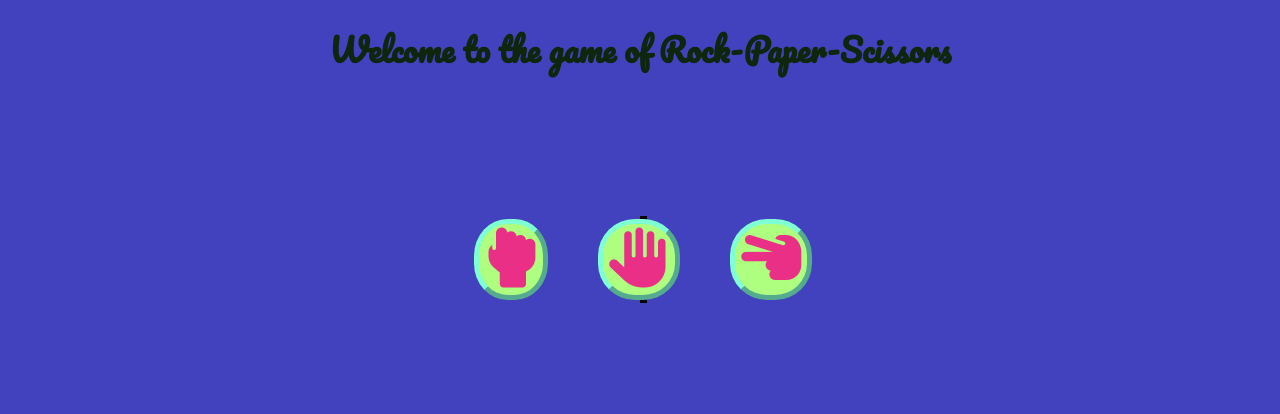
Repository: 0101chaitanya/Rock-Paper-Scissors
Page: index.html
The author's editor kept a copy of each file at every save. The page is drawn from the files as they stood at one save, then again after the next save.
The browser window is 1280 px wide. The pictures show the whole page.
Some web libraries are served in a nearby version.

Above is the page before, as saved 2021-05-14 21:00:43.
Not found: linkk.js

### index.html
<!DOCTYPE html>
<html>

<head>
    <meta charset="utf-8">
    <title>Rock-Paper-Scissors</title>
    <link rel="stylesheet" href="style.css">
    <script src="https://kit.fontawesome.com/3dcaf9f6de.js" crossorigin="anonymous"></script>
    <link rel="preconnect" href="https://fonts.gstatic.com">
    <link href="https://fonts.googleapis.com/css2?family=Pacifico&display=swap" rel="stylesheet">
</head>

<body>
    <h1 id="welcome">Welcome to the game of Rock-Paper-Scissors</h1>
    <div id="hold">
        <button class="square" id="holder1" href="#"><i class="fas fa-hand-rock"></i></button>

        <button class="square" id="holder2" href="#"><i class="fas fa-hand-paper"></i></button>

        <button class="square" id="holder3" href="#"><i class="fas fa-hand-scissors"></i></button>
    </div>
    <script type="text/javascript" src="linkk.js"></script>
</body>

</html>

### style.css
html{
    margin: 0;
    font-family: 'Pacifico', cursive;
    background-color:rgb(66, 66, 190);
display: block;
}
h1  {
       text-align: center;
     color:rgb(15, 37, 12) ;
    }
 #hold {
border-style:dotted;
display: flex;
flex-direction: row;
justify-content:center;
position: fixed;
top: 30%;
align-content: center;
left: 50%;
right: 50%;



    }
.square{
    background-color: rgb(174, 255, 127);
    font-size: 60px;
    display: inline-block;
color: rgb(233, 47, 134);
border-radius: 45%;
border-width: 5px;
border-color:aquamarine;
margin:auto 25px;
}
#holder1 {
}
#holder2 {
}
#holder3 {
}

After the next save:
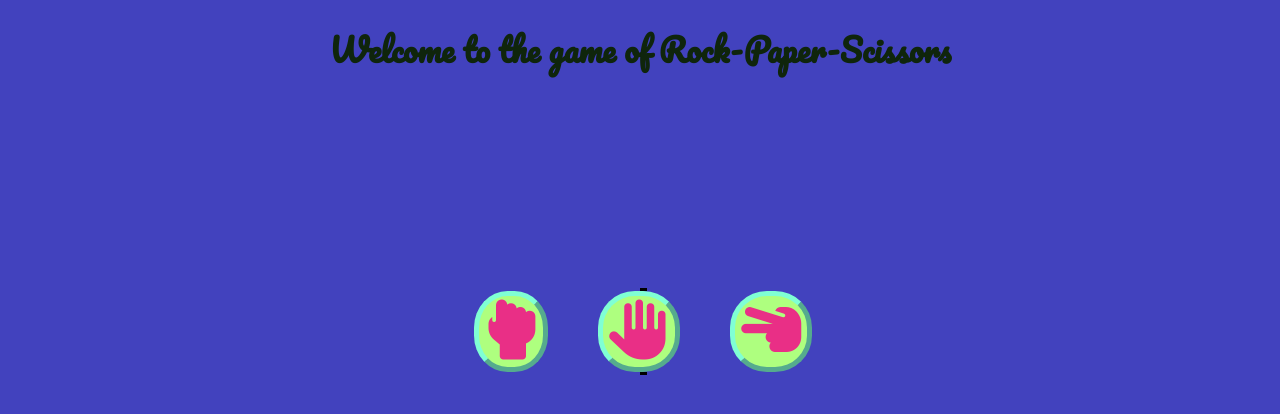
Saved 6 s later.
--- a/style.css
+++ b/style.css
@@ -14,7 +14,7 @@ display: flex;
 flex-direction: row;
 justify-content:center;
 position: fixed;
-top: 30%;
+top: 40%;
 align-content: center;
 left: 50%;
 right: 50%;
